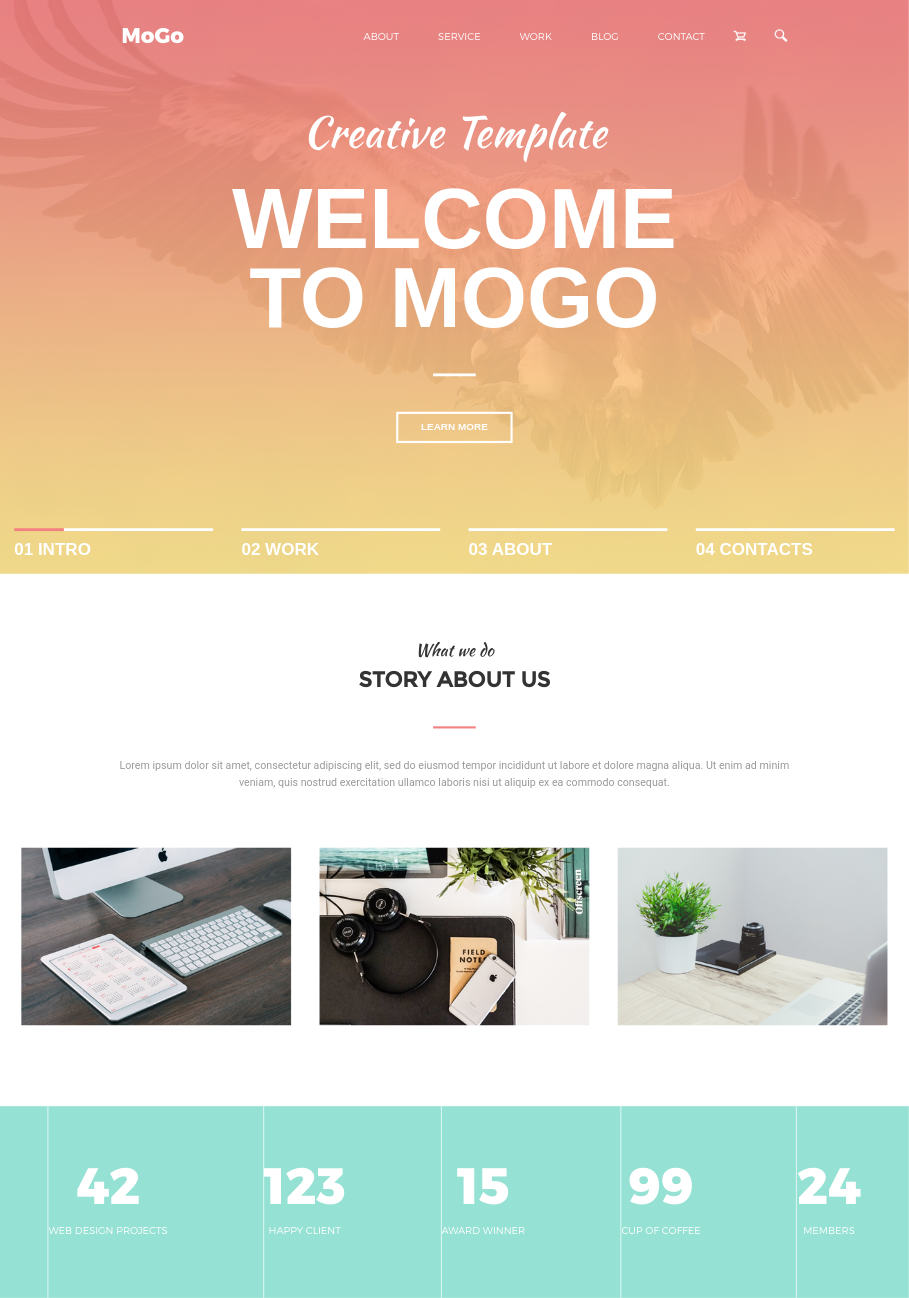
Repository: RaffiBarseghyan/mogo
Page: /
The author's editor kept a copy of each file at every save. The page is drawn from the files as they stood at one save, then again after the next save.
The browser window is 1280 px wide. The pictures show the whole page, at 71% of full size.
The project was rebuilt for these pictures with package versions that can differ from the ones it lists, and the page was loaded fresh each time.

Above is the page before, as saved 2023-05-11 17:55:53.

After the next save:
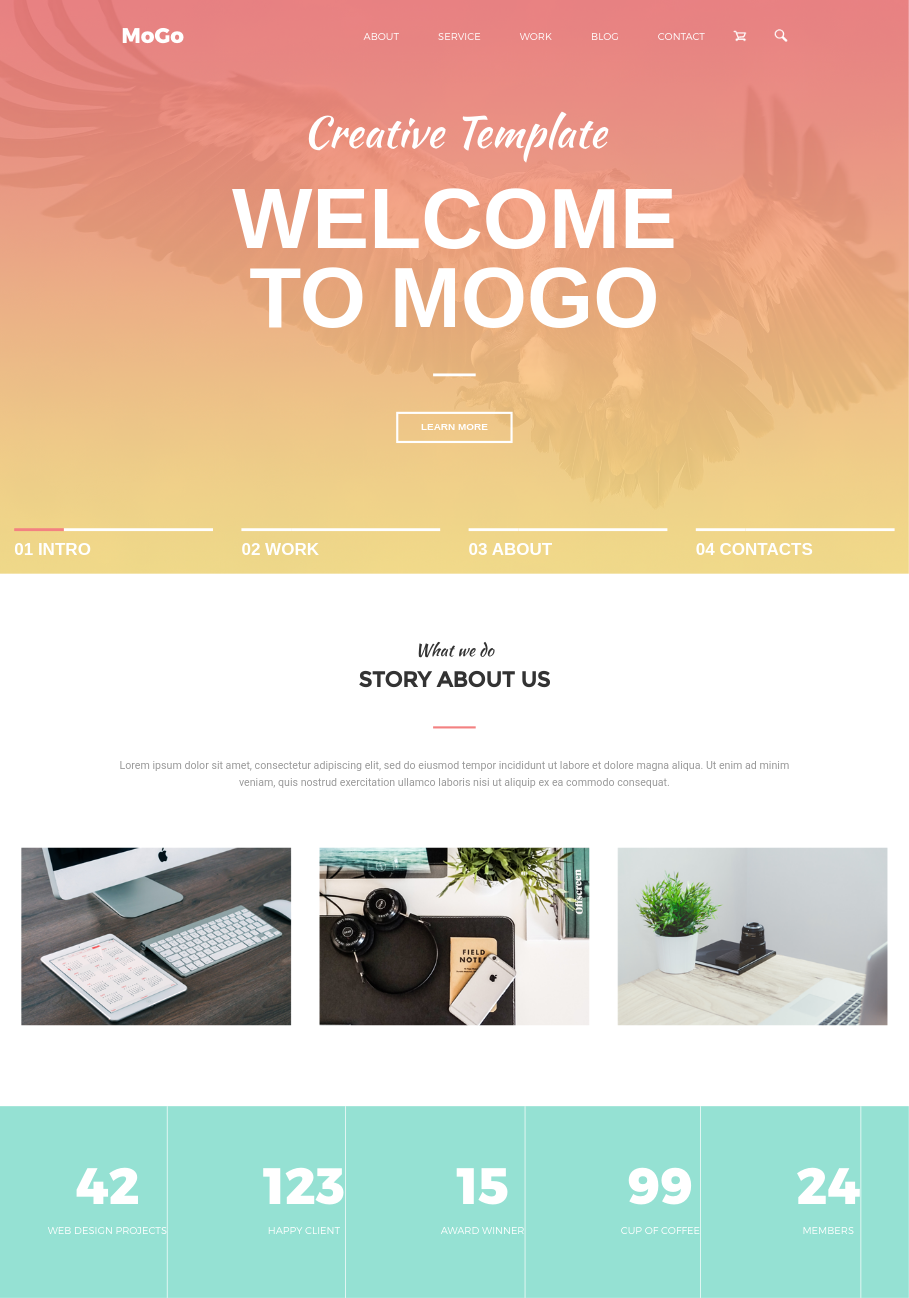
Saved 26 s later.
--- a/src/Pages/AboutUs/aboutUs.module.scss
+++ b/src/Pages/AboutUs/aboutUs.module.scss
@@ -138,7 +138,7 @@
   }
   div {
     height: 270px;
-    border-left: 1px solid #ffffff;
+    border-right: 1px solid #ffffff;
     display: flex;
     flex-direction: column;
     justify-content: center;
